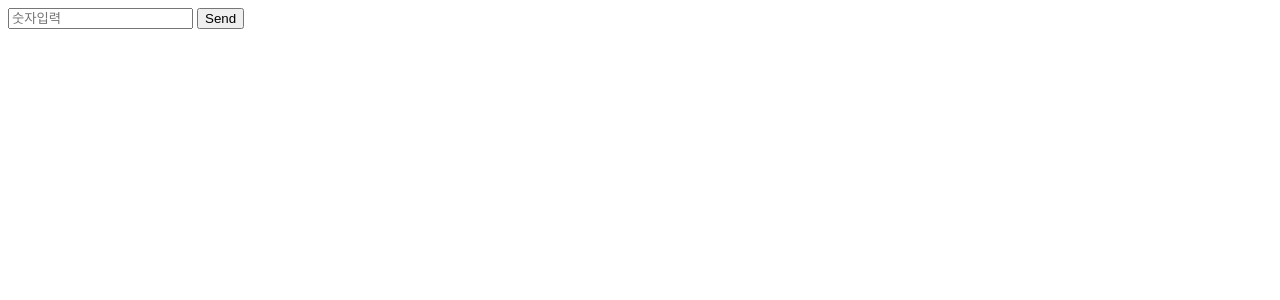
Repository: pillz9408/Jsp-Servlet
Page: jspstudy/day01/src/main/webapp/gugudan.html
These files come from the project's save history. The page is drawn as it stood at one moment and after the next save; the edit follows.
The browser window is 1280 px wide. The pictures show the whole page.

Above is the page before, as saved 2022-10-04 08:08:39.

After the next save:
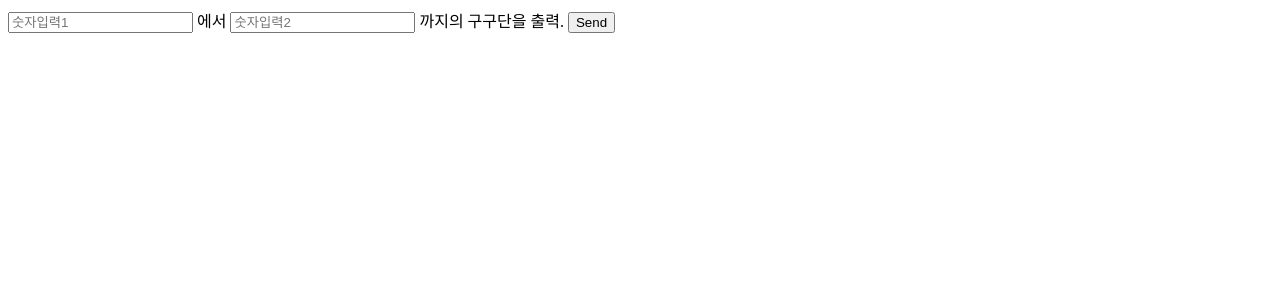
Saved 16 s later.
--- a/jspstudy/day01/src/main/webapp/gugudan.html
+++ b/jspstudy/day01/src/main/webapp/gugudan.html
@@ -6,7 +6,10 @@
 </head>
 <body>
 <form action="gugu">
-	<input type="text" name="num" placeholder = "숫자입력">
+	<input type="text" name="num1" placeholder = "숫자입력1">
+	에서
+	<input type="text" name="num2" placeholder = "숫자입력2">
+	까지의 구구단을 출력.
 	<input type="submit" value ="Send">
 </form>
 </body>
